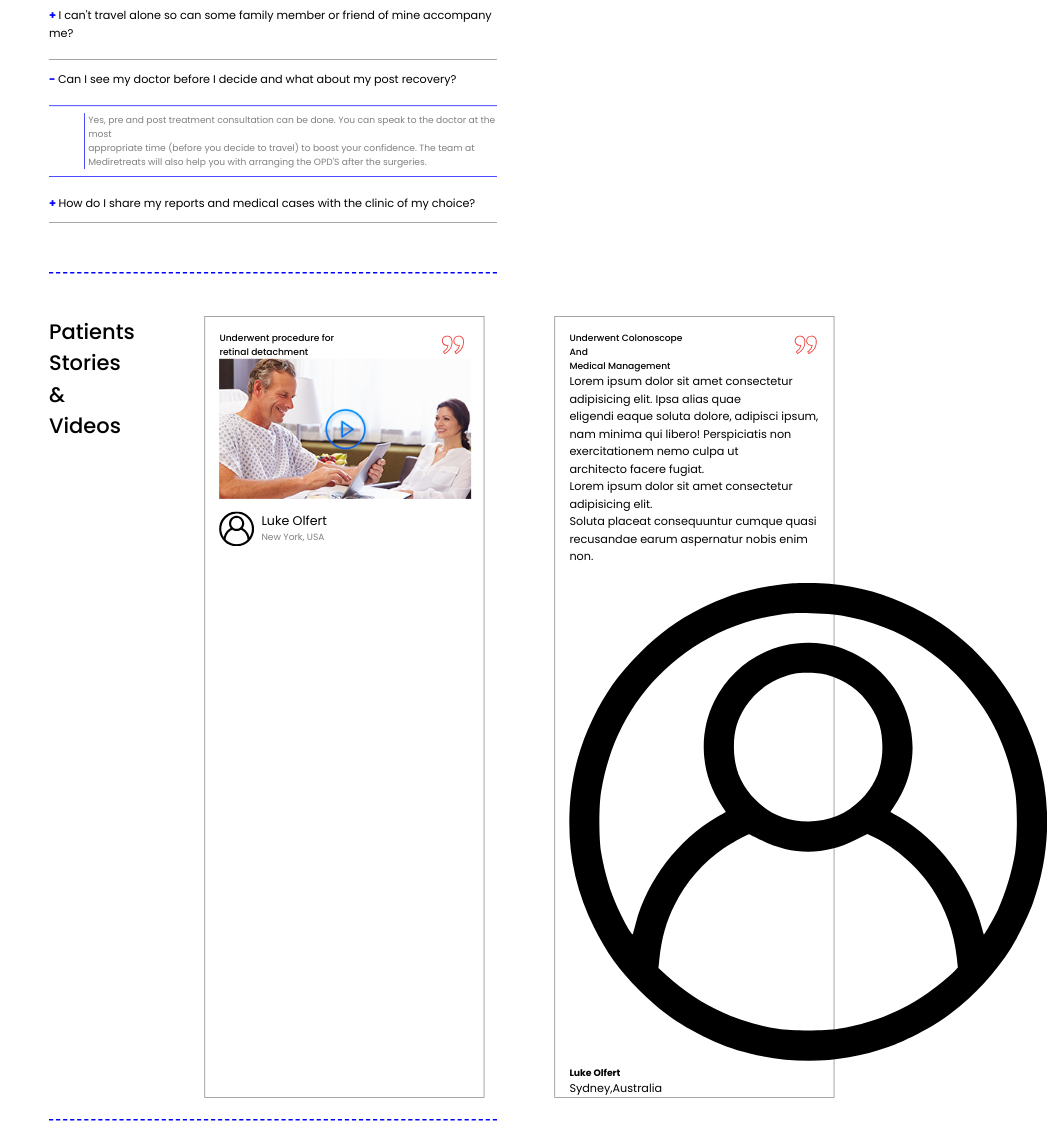
Repository: hetuk2005/webDevelopment
Page: Projects/Aafiya.html
The author's editor kept a copy of each file at every save. The page is drawn from the files as they stood at one save, then again after the next save.
The browser window is 1280 px wide. The page is 1496 px wide, then 1438 px, so the pictures cover 1496 px, including what lies to the right of the window. The pictures show the part of the page from y = 4361 to 6001 px (the page is 5972 px tall before and 6001 px after), at 70% of full size.
Some web fonts or font styles are not loaded; a fallback is used.

Above is the page before, as saved 2025-04-08 20:05:36.

### Projects/Aafiya.html
<!DOCTYPE html>
<html lang="en">

<head>
    <meta charset="UTF-8" />
    <meta name="viewport" content="width=device-width, initial-scale=1.0" />
    <title>Hetuk</title>
    <link rel="stylesheet" href="./CSS/Aafiya.css" />
</head>

<body>
    <nav>
        <div class="child1">
            <div class="images">
                <img src="./Images/Aafiya Logo.svg" alt="Aafiya Logo" class="img1" /><br />
                <img src="./Images/Logo 2.png" alt="Logo" class="img2" />
            </div>
            <div class="image_text">
                <div class="book_text">
                    <img src="./Images/Book.svg" alt="Book" class="img3" />
                    <div class="grid">
                        <br />
                        <p class="text">Second Medical Option</p>
                        <p class="text1">Book Consultation</p>
                    </div>
                </div>
                <div class="call_text">
                    <img src="./Images/Call.svg" alt="Call" class="img4" /><br />
                    <div class="grid">
                        <br />
                        <p class="text">Call Us On</p>
                        <p class="text1">985 896 2222</p>
                    </div>
                </div>
                <div class="mail_text">
                    <img src="./Images/Mail.png" alt="Mail" class="img5" />
                    <div class="grid">
                        <br />
                        <p class="text">Email Us On</p>
                        <p class="text1">info@mediretreats.com</p>
                    </div>
                </div>
                <div class="India">
                    <img src="./Images/India.svg" alt="India Flag" class="img6" />
                    <img src="./Images/Dropdown Arrow.svg" alt="Dropdown Arrow" class="img7" />
                </div>
            </div>
        </div>
        <div class="child2">
            <ul>
                <li>Home</li>
                <li>About Us</li>
                <li>Treatments +</li>
                <li>Destinations +</li>
                <li>Hospitals</li>
                <li>FAQs</li>
                <li>Blog</li>
                <li>Request A Quote</li>
            </ul>
            <input type="search" placeholder="🔍  Search" />
        </div>
    </nav>
    <div class="home_img">
        <div class="home_child">
            <p class="home_content">Home</p>
            <span> > </span>
            <p class="home_content">Treatments</p>
            <span> > </span>
            <p class="home_content">Orthopaedics</p>
            <span> > </span>
            <p class="home_content">Knee Replacement</p>
        </div>
        <br />
        <h3>Total Knee Replacement</h3>
        <p class="home_description">
            Total knee replacement is a surgery to remove and replace the whole<br /> damaged knee joint with an artificial joint.
        </p>
        <br />
        <button class="enquire_now">Enquire Now</button>
    </div>
    <div class="nav2">
        <ul>
            <li class="list">Overview</li>
            <li>Eligibility</li>
            <li>Preparation</li>
            <li>About Treatment</li>
            <li>Post-Treatment Care</li>
            <li>Recovery Tips</li>
            <li>FAQs</li>
            <li>Patients Stories</li>
        </ul>
    </div>
    <div class="treatment_overview">
        <div class="treatment_text">
            <h3>Treatment Overview</h3>
            <br />
            <p>
                Lorem ipsum dolor sit amet consectetur adipisicing elit.<br /> Earum, culpa vel debitis incidunt non quis.
            </p>
            <p>
                Lorem ipsum dolor sit amet consectetur adipisicing elit.<br /> aliquam repudiandae, corporis consectetur dolorem eum.<br /> facilis quasi, praesentium inventore expedita quo hic.
            </p>
            <p>
                Lorem ipsum dolor sit amet culpa vel debitis<br /> consectetur, adipisicing elit. Adipisci, nemo.
            </p>
            <br /><br />
        </div>
        <div class="treatment_img">
            <img src="./Images/treatment_overview (1).jpg" alt="Image" />
        </div>
    </div>
    <div class="eligibility_for_treatment">
        <div class="eligibility_text">
            <h3>Eligibility For Treatment</h3>
            <br />
            <p>
                Any individual who has tried diet and exercise but failed to lose weight is considered as a good candidate for<br /> gastric bypass. Although gastric bypass aids in weight loss, it is not an appropriate option for everyone.<br /> Based
                on the overall health and certain medical guidelines, the doctor will decide whether you are eligible<br /> for gastric bypass or not.
            </p>
            <br />
            <p>In general, gastric bypass could be a good option if:</p>
            <br />
            <ul>
                <li>The BMI (body mass index) is 40 or more.</li>
                <li>
                    Your BMI is 30 or more with severe weight-related health conditions like type-2 diabetes and high<br /> blood pressure.
                </li>
                <li>You are willing to make permanent changes in the lifestyle.</li>
            </ul>
        </div>
        <br /><br /><br />
        <div class="eligibility_form">
            <h3>Need Help?</h3>
            <br />
            <p>
                Just let us know. We will be happy to<br /> assist you.
            </p>
            <br /><br />
            <form>
                <input type="text" placeholder="Full Name" /><br /><br />
                <input type="email" placeholder="Email" /><br /><br />
                <input type="tel" placeholder="Phone Number" /><br /><br />
                <input type="textarea" placeholder="Describe Your Treatment Requirement" class="textarea" /><br /><br />
                <button class="Enquiry">Send Enquiry</button>
            </form>
        </div>
    </div>
    <div class="preparation_of_treatment">
        <h3>Preparation Of Treatment</h3>
        <br />
        <p>
            Any individual who has tried diet and exercise but failed to lose weight is considered as a good candidate for<br /> gastric bypass. Although gastric bypass aids in weight loss, it is not an appropriate option for everyone.<br /> Based on
            the overall health and certain medical guidelines, the doctor will decide whether you are eligible<br /> for gastric bypass or not.
        </p>
        <br />
        <p>In general, gastric bypass could be a good option if:</p>
        <br />
        <ul>
            <li>The BMI (body mass index) is 40 or more.</li>
            <li>
                Your BMI is 30 or more with severe weight-related health conditions like type-2 diabetes and high<br /> blood pressure.
            </li>
            <li>You are willing to make permanent changes in the lifestyle.</li>
        </ul>
    </div>
    <div class="about_treatment">
        <h3>About Treatment</h3>
        <br />
        <p>
            Any individual who has tried diet and exercise but failed to lose weight is considered as a good candidate for<br /> gastric bypass. Although gastric bypass aids in weight loss, it is not an appropriate option for everyone.<br /> Based on
            the overall health and certain medical guidelines, the doctor will decide whether you are eligible<br /> for gastric bypass or not.
        </p>
        <br />
        <p>In general, gastric bypass could be a good option if:</p>
        <br />
        <ul>
            <li>The BMI (body mass index) is 40 or more.</li>
            <li>
                Your BMI is 30 or more with severe weight-related health conditions like type-2 diabetes and high<br /> blood pressure.
            </li>
            <li>You are willing to make permanent changes in the lifestyle.</li>
        </ul>
    </div>
    <div class="post_treatment">
        <h3>Post-Treatment Care Treatment</h3>
        <br />
        <p>
            Any individual who has tried diet and exercise but failed to lose weight is considered as a good candidate for<br /> gastric bypass. Although gastric bypass aids in weight loss, it is not an appropriate option for everyone.<br /> Based on
            the overall health and certain medical guidelines, the doctor will decide whether you are eligible<br /> for gastric bypass or not.
        </p>
        <br />
        <p>In general, gastric bypass could be a good option if:</p>
        <br />
        <ul>
            <li>The BMI (body mass index) is 40 or more.</li>
            <li>
                Your BMI is 30 or more with severe weight-related health conditions like type-2 diabetes and high<br /> blood pressure.
            </li>
            <li>You are willing to make permanent changes in the lifestyle.</li>
        </ul>
    </div>
    <div class="treatment_recovery">
        <h3>Post-Treatment Care Treatment</h3>
        <br />
        <p>
            Any individual who has tried diet and exercise but failed to lose weight is considered as a good candidate for<br /> gastric bypass. Although gastric bypass aids in weight loss, it is not an appropriate option for everyone.<br /> Based on
            the overall health and certain medical guidelines, the doctor will decide whether you are eligible<br /> for gastric bypass or not.
        </p>
        <br />
        <p>In general, gastric bypass could be a good option if:</p>
        <br />
        <ul>
            <li>The BMI (body mass index) is 40 or more.</li>
            <li>
                Your BMI is 30 or more with severe weight-related health conditions like type-2 diabetes and high<br /> blood pressure.
            </li>
            <li>You are willing to make permanent changes in the lifestyle.</li>
        </ul>
    </div>
    <div class="treatment_faqs">
        <h3>Treatment FAQs</h3>
        <br />
        <p>How do I know the clinic I am searching is verified?</p>
        <br />
        <p>
            I can't travel alone so can some family member or friend of mine accompany me?
        </p>
        <br />
        <p class="answered">
            Can I see my doctor before I decide and what about my post recovery?
        </p>
        <br />
        <p class="answer">
            <span class="left">
          Yes, pre and post treatment consultation can be done. You can speak to
          the doctor at the most<br />
          appropriate time (before you decide to travel) to boost your
          confidence. The team at<br />
          Mediretreats will also help you with arranging the OPD'S after the
          surgeries.
        </span>
        </p>
        <br />
        <a class="bottom">
        How do I share my reports and medical cases with the clinic of my
        choice?
      </a>
        <br />
    </div>
    <div class="patient_stories">
        <h3>Patients Stories & Videos</h3>
        <br />
        <div class="stories_img">
            <div class="text1">
                <p class="stories_text">
                    Underwent procedure for<br /> retinal detachment
                </p>
                <br /><br />
                <img src="./Images/Quotes.svg" alt="Quotes" class="quotes" />
            </div>
            <img src="./Images/Patient_Stories.png" alt="Image Of Patient" />
            <br />
            <div class="profile1">
                <img src="./Images/Profile.svg" alt="Luke Olfert" />
                <div class="flex">
                    <h5>Luke Olfert</h5>
                    <p>New York, USA</p>
                </div>
            </div>
        </div>
        <br><br>
        <div class="S">
            <div class="A">
                <p class="ST">
                    Underwent Colonoscope And<br> Medical Management
                </p>
                <br><br>
                <img src="./Images/Quotes.svg" alt="Quotes" class="quotes" />
            </div>
            <p>Lorem ipsum dolor sit amet consectetur adipisicing elit. Ipsa alias quae<br> eligendi eaque soluta dolore, adipisci ipsum,<br> nam minima qui libero! Perspiciatis non<br> exercitationem nemo culpa ut<br> architecto facere fugiat.<br> Lorem
                ipsum dolor sit amet consectetur adipisicing elit.<br> Soluta placeat consequuntur cumque quasi<br> recusandae earum aspernatur nobis enim non.</p>
            <br />
            <div class="P">
                <img src="./Images/Profile.svg" alt="Luke Olfert" />
                <div class="F">
                    <h5>Luke Olfert</h5>
                    <p>Sydney,Australia</p>
                </div>
            </div>
        </div>
    </div>
</body>

</html>

### Projects/CSS/Aafiya.css
@import url("https://fonts.googleapis.com/css2?family=Cedarville+Cursive&family=Poppins:ital,wght@0,100;0,200;0,300;0,400;0,500;0,600;0,700;0,800;0,900;1,100;1,200;1,300;1,400;1,500;1,600;1,700;1,800;1,900&family=Source+Sans+3:ital,wght@0,200..900;1,200..900&display=swap");
* {
    margin: 0;
    padding: 0;
    box-sizing: border-box;
    font-family: Poppins;
}

nav {
    width: 100%;
}

.child1 {
    display: flex;
    padding-top: 15px;
    gap: 20px;
    /* border: 1px solid black; */
    justify-content: space-evenly;
    align-items: center;
}

.img3,
.img4,
.img5 {
    height: 60px;
    width: 60px;
    padding-top: 10px;
    object-fit: contain;
}

.book_text,
.call_text,
.mail_text {
    display: flex;
    width: 250px;
    /* border: 1px solid red; */
    justify-content: center;
    padding-bottom: 15px;
}

.grid {
    display: grid;
    text-align: left;
    padding-left: 10px;
}

.img1 {
    height: 70px;
    width: 300px;
    object-fit: contain;
}

.img2 {
    height: 80px;
    width: 70px;
    object-fit: contain;
}

.image_text {
    display: flex;
    gap: 20px;
    padding-right: 50px;
}

.images {
    display: flex;
    gap: 25px;
    padding-left: 50px;
    justify-content: center;
    align-items: center;
}

.text1 {
    font-weight: bolder;
    font-size: 15px;
}

.text {
    font-weight: bold;
    color: gray;
    font-size: 15px;
}

.India {
    display: flex;
    padding-left: 5px;
    justify-content: center;
    gap: 8px;
}

.India>.img6 {
    height: 50px;
    /* width: 50px; */
    padding-top: 10px;
    object-fit: contain;
}

.India>.img7 {
    height: 40px;
    /* width: 40px; */
    padding-top: 23px;
    object-fit: contain;
}

.child2 {
    display: flex;
    padding-top: 10px;
    /* border: 1px solid black; */
    justify-content: space-evenly;
    align-items: center;
    color: white;
    padding-bottom: 10px;
    height: 55px;
    background-color: rgb(125, 163, 244);
}

.child2>ul {
    list-style-type: none;
    display: flex;
    gap: 40px;
    justify-content: center;
    align-items: center;
    font-size: large;
    padding-right: 60px;
}

.child2>input {
    height: 55px;
    background-color: blue;
    width: 170px;
    padding-right: 10px;
    border: 2px;
    box-shadow: 0 2px 5px rgba(0, 0, 0, 0.1);
}

.child2>input::placeholder {
    color: white;
    padding-left: 7.5px;
    font-size: large;
    opacity: 0.8;
}

.home_img {
    background-image: url(../Images/Main\ Image.jpg);
    background-position: center center;
    background-size: cover;
    background-repeat: no-repeat;
    padding: 80px 0;
    padding-left: 70px;
    position: relative;
    color: white;
}

.home_img>.home_child {
    display: flex;
    gap: 20px;
}

.home_img>.home_child>.home_content {
    font-size: 20px;
}

.home_img>.home_child>span {
    font-size: 20px;
    font-weight: bold;
}

.home_img>h3 {
    font-size: 37px;
    font-weight: normal;
    margin-bottom: 15px;
}

.home_img>.home_description {
    font-size: 19px;
    margin-bottom: 25px;
}

.home_img>.home_child>span {
    color: red;
}

.home_img>.enquire_now {
    background-color: #1da1f2;
    color: white;
    font-size: 17px;
    width: 170px;
    height: 40px;
    border: transparent;
}

.nav2>ul {
    list-style-type: none;
    display: flex;
    gap: 50px;
    padding-left: 60px;
    padding-top: 25px;
    padding-bottom: 20px;
    border-bottom: 2px solid gray;
    font-size: larger;
    font-weight: 300;
}

.nav2>ul>.list:hover {
    text-decoration: underline;
}

.treatment_overview {
    display: flex;
    width: 1250px;
    height: 455px;
    gap: 140px;
    margin-bottom: 30px;
    border-bottom: 2px dashed blue;
    margin-left: 50px;
}

.treatment_overview>.treatment_text {
    padding-top: 59px;
    padding-left: 50px;
}

.treatment_overview>.treatment_text>p {
    font-size: 17px;
    padding-bottom: 25px;
}

.treatment_overview>.treatment_text>h3 {
    font-weight: 500;
    font-size: 30px;
}

.treatment_overview>.treatment_img>img {
    height: 410px;
    width: 530px;
    padding-top: 40px;
    object-fit: contain;
}

.eligibility_for_treatment {
    display: flex;
    width: 1280px;
    gap: 30px;
    padding-top: 50px;
    margin-left: 70px;
}

.eligibility_for_treatment>.eligibility_text {
    border-bottom: 2px dashed blue;
}

.eligibility_for_treatment>.eligibility_text>h3 {
    font-size: 30px;
    font-weight: 500;
}

.eligibility_for_treatment>.eligibility_text>ul {
    list-style-type: circle;
    padding-left: 23px;
}

.eligibility_for_treatment>.eligibility_text>ul>li::marker {
    color: blue;
    font-size: 30px;
    font-weight: bold;
}

.eligibility_for_treatment>.eligibility_form>h3 {
    font-size: 35px;
    color: blue;
    font-weight: 500;
    font-style: italic;
}

.eligibility_form {
    box-shadow: 0 0 10px rgba(0, 0, 0, 0.4);
    border-radius: 7px;
    padding: 20px;
}

.eligibility_for_treatment>.eligibility_form>p {
    font-size: 20px;
}

.eligibility_for_treatment>.eligibility_form>form>input {
    height: 40px;
    width: 300px;
    gap: 20px;
    border: 2px solid black;
    border-radius: 7px;
}

.eligibility_for_treatment>.eligibility_form>form>input::placeholder {
    color: gray;
    padding-left: 15px;
}

.eligibility_for_treatment>.eligibility_form>form>.textarea {
    height: 100px;
    width: 300px;
    border: 2px solid black;
    border-radius: 7px;
}


/*.eligibility_for_treatment>.eligibility_form>form>.textarea::placeholder {
    padding-bottom: 70px;
}*/

.eligibility_for_treatment>.eligibility_form>form>button {
    background: linear-gradient(to right, #00aaff, #66ccff);
    color: white;
    width: 100%;
    border-radius: 7px;
    border: none;
    height: 45px;
}

.preparation_of_treatment>h3 {
    font-size: 30px;
    font-weight: 500;
}

.preparation_of_treatment {
    border-bottom: 2px dashed blue;
    margin-bottom: 10px;
    padding-bottom: 30px;
    gap: 50px;
    padding-top: 50px;
    margin-left: 70px;
    width: 50%;
}

.preparation_of_treatment>ul {
    list-style-type: circle;
    padding-left: 23px;
}

.preparation_of_treatment>ul>li::marker {
    color: blue;
    font-size: 30px;
    font-weight: bold;
}

.about_treatment {
    border-bottom: 2px dashed blue;
    margin-bottom: 10px;
    padding-bottom: 30px;
    gap: 50px;
    padding-top: 50px;
    margin-left: 70px;
    width: 50%;
}

.about_treatment>ul {
    list-style-type: circle;
    padding-left: 23px;
}

.about_treatment>ul>li::marker {
    color: blue;
    font-size: 30px;
    font-weight: bold;
}

.about_treatment>h3 {
    font-size: 30px;
    font-weight: 500;
}

.post_treatment {
    border-bottom: 2px dashed blue;
    margin-bottom: 10px;
    padding-bottom: 30px;
    gap: 50px;
    padding-top: 50px;
    margin-left: 70px;
    width: 50%;
}

.post_treatment>ul {
    list-style-type: circle;
    padding-left: 23px;
}

.post_treatment>ul>li::marker {
    color: blue;
    font-size: 30px;
    font-weight: bold;
}

.post_treatment>h3 {
    font-size: 30px;
    font-weight: 500;
}

.treatment_recovery {
    border-bottom: 2px dashed blue;
    margin-bottom: 10px;
    padding-bottom: 30px;
    gap: 50px;
    padding-top: 50px;
    margin-left: 70px;
    width: 50%;
}

.treatment_recovery>ul {
    list-style-type: circle;
    padding-left: 23px;
}

.treatment_recovery>ul>li::marker {
    color: blue;
    font-size: 30px;
    font-weight: bold;
}

.treatment_recovery>h3 {
    font-size: 30px;
    font-weight: 500;
}

.treatment_faqs>h3 {
    font-size: 30px;
    font-weight: 500;
}

.treatment_faqs {
    border-bottom: 2px dashed blue;
    padding-bottom: 45px;
    margin-bottom: 11px;
    gap: 50px;
    padding-top: 50px;
    margin-left: 70px;
    width: 50%;
}

.treatment_faqs>p {
    border-top: 1px solid gray;
    padding-top: 15px;
    counter-reset: value;
}

.treatment_faqs>p::before {
    counter-increment: value;
    content: "+  ";
    font-weight: bold;
    color: blue;
}

.treatment_faqs>.answered {
    counter-reset: value;
}

.treatment_faqs>.answered::before {
    counter-increment: value;
    content: "-  ";
    color: blue;
}

.treatment_faqs>.bottom {
    border-bottom: 1px solid gray;
    display: block;
    padding-bottom: 15px;
    counter-reset: value;
}

.treatment_faqs>.bottom::before {
    counter-increment: value;
    content: "+  ";
    font-weight: bold;
    color: blue;
}

.treatment_faqs>.answer {
    border-top: 1px solid blue;
    border-bottom: 1px solid blue;
    padding-left: 50px;
    padding-top: 10px;
    padding-bottom: 10px;
    counter-reset: value;
}

.treatment_faqs>.answer::before {
    counter-increment: value;
    content: "";
    color: blue;
}

.treatment_faqs>.answer>.left {
    border-left: 1px solid blue;
    display: block;
    font-size: small;
    padding-left: 5px;
    color: gray;
}

.patient_stories {
    border-bottom: 2px dashed blue;
    margin-bottom: 10px;
    padding-bottom: 30px;
    gap: 50px;
    padding-top: 50px;
    margin-left: 70px;
    width: 50%;
    display: flex;
}

.patient_stories>h3 {
    font-size: 30px;
    font-weight: 500;
}

.patient_stories>.stories_img {
    border: 1px solid gray;
    width: 400px;
    padding-left: 20px;
    padding-top: 20px;
    padding-right: 20px;
}

.patient_stories>.stories_img>.text1 {
    display: flex;
    font-size: 13px;
    font-weight: 500;
}

.patient_stories>.stories_img>.text1>.quotes {
    height: 40px;
    padding-left: 150px;
}

.patient_stories>.stories_img>img {
    width: 360px;
    object-fit: contain;
}

.profile1 {
    display: flex;
    gap: 10px;
    padding: 10px 0;
}

.profile1>img {
    width: 50px;
    height: 50px;
}

.profile1>.flex>h5 {
    font-size: large;
    font-weight: normal;
}

.profile1>.flex>p {
    font-size: 13px;
    color: gray;
}

.patient_stories>.S {
    border: 1px solid gray;
    width: 400px;
    padding-left: 20px;
    padding-top: 20px;
    padding-right: 20px;
}

.patient_stories>.S>.A {
    display: flex;
    font-size: 13px;
    font-weight: 500;
}

.patient_stories>.S>.A>.quotes {
    height: 40px;
    padding-left: 150px;
}

After the next save:
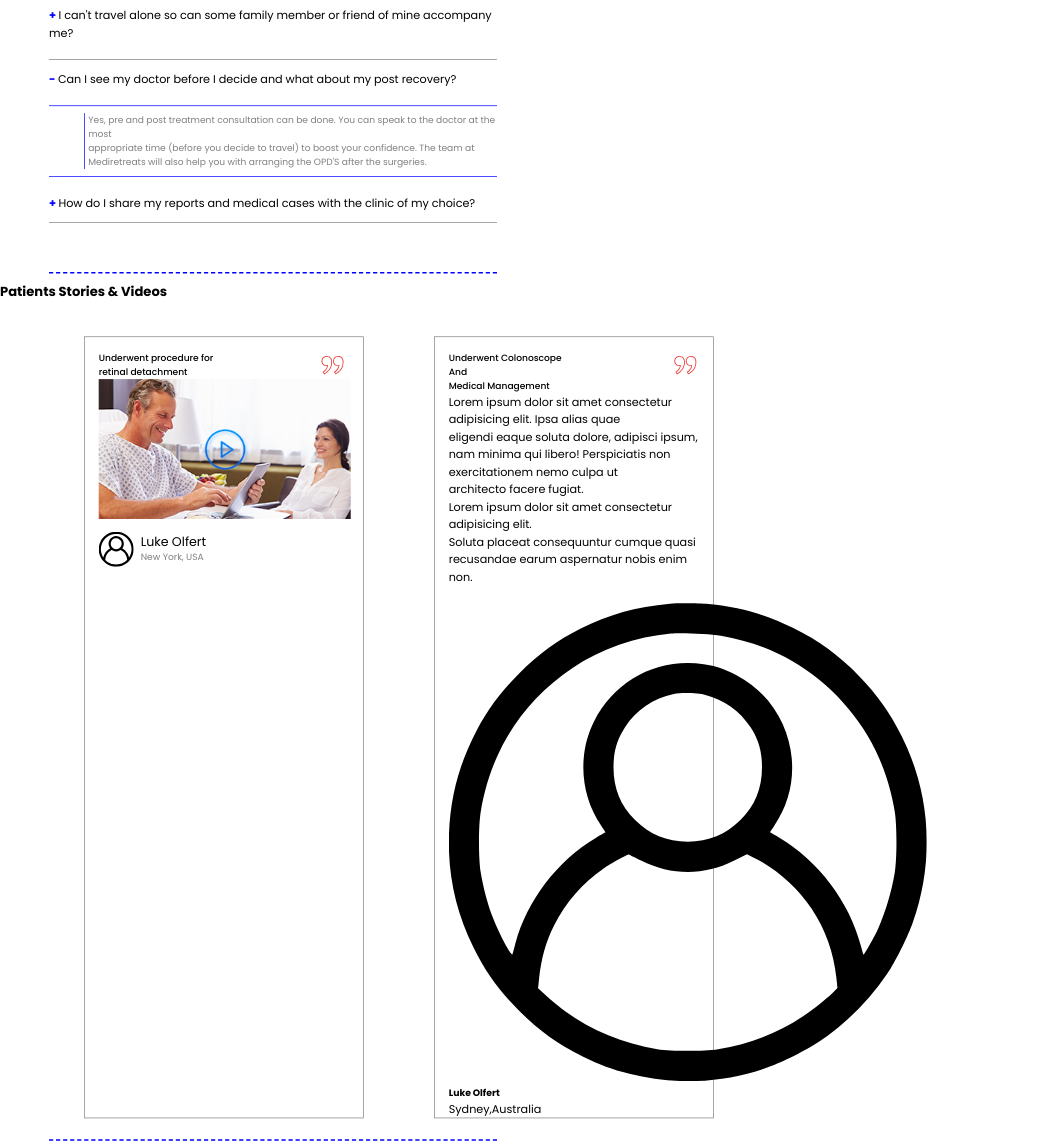
Saved 49 s later.
--- a/Projects/Aafiya.html
+++ b/Projects/Aafiya.html
@@ -247,8 +247,8 @@
       </a>
         <br />
     </div>
+    <h3>Patients Stories & Videos</h3>
     <div class="patient_stories">
-        <h3>Patients Stories & Videos</h3>
         <br />
         <div class="stories_img">
             <div class="text1">
